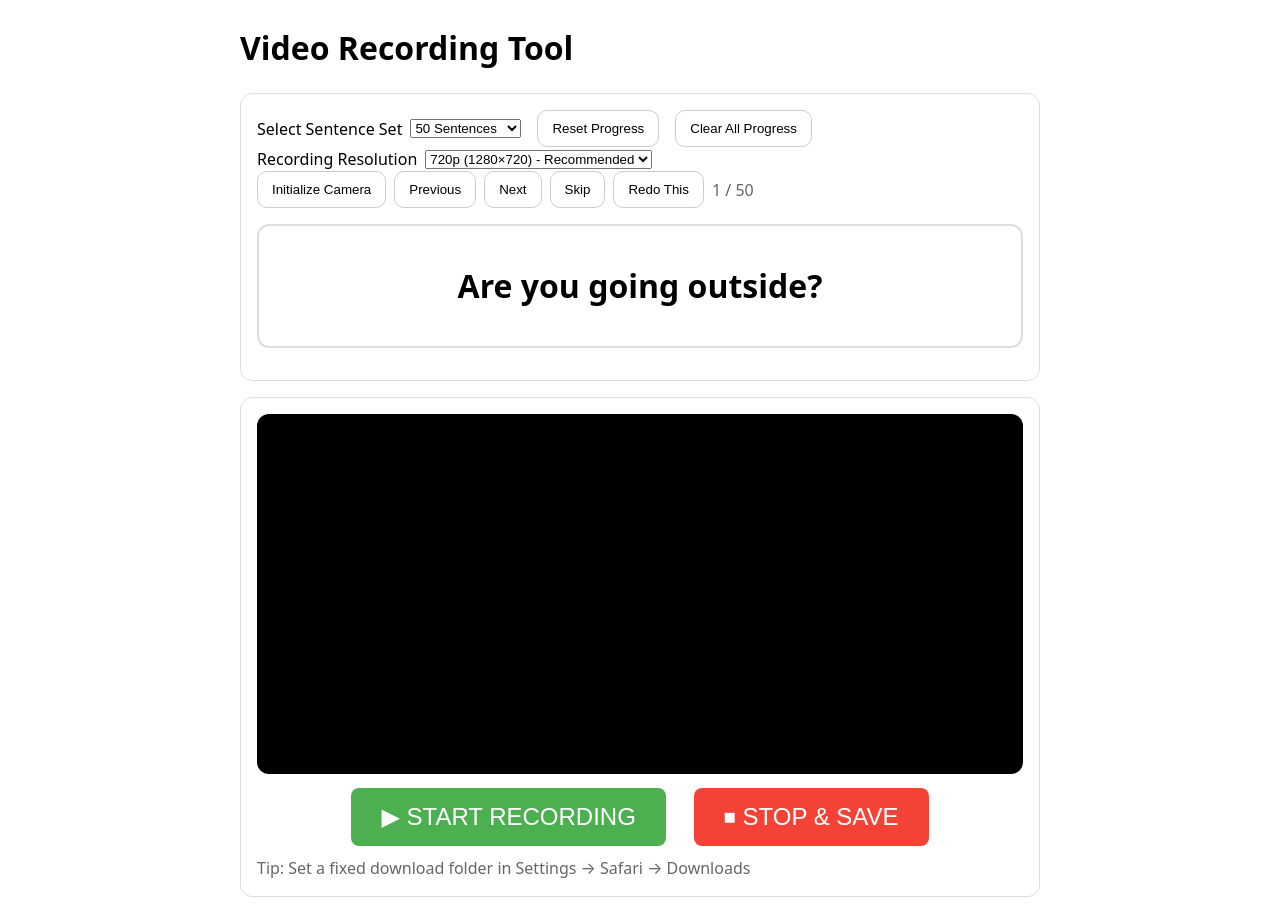
Repository: video2speech/video2speech.github.io
Page: index.html
The author's editor kept a copy of each file at every save. The page is drawn from the files as they stood at one save, then again after the next save.
The browser window is 1280 px wide. The pictures show the whole page.

Above is the page before, as saved 2025-09-04 06:41:37.

### index.html
<!doctype html>
<html>
<meta charset="utf-8" />
<title>Video Recording Tool</title>
<style>
  body{font-family:system-ui,-apple-system,Segoe UI,Roboto,Helvetica,Arial,sans-serif;max-width:800px;margin:24px auto;padding:0 16px;line-height:1.5}
  .card{border:1px solid #ddd;border-radius:12px;padding:16px;margin:16px 0}
  .row{display:flex;gap:8px;flex-wrap:wrap;align-items:center}
  video{width:100%;max-height:50vh;background:#000;border-radius:12px}
  button{padding:10px 14px;border-radius:10px;border:1px solid #ccc;background:#fff}
  button:active{opacity:.8}
  input,textarea{width:100%;padding:10px;border-radius:10px;border:1px solid #ccc}
  .big{font-size:1.4rem;font-weight:600;margin:8px 0}
  .muted{color:#666}
</style>
<body>
  <h1>Video Recording Tool</h1>

  <div class="card">
    <div class="row">
      <label>Select Sentence Set</label>
      <select id="sentenceSet" onchange="loadSentenceSet()">
        <option value="50_sentences">50 Sentences</option>
        <option value="150_sentences">150 Sentences</option>
      </select>
      <button id="resetProgress" onclick="resetProgress()" style="margin-left: 8px;">Reset Progress</button>
      <button id="clearProgress" onclick="clearAllProgress()" style="margin-left: 8px;">Clear All Progress</button>
    </div>
    <div class="row">
      <label>Recording Resolution</label>
      <select id="resolution">
        <option value="720p">720p (1280×720) - Recommended</option>
        <option value="1080p">1080p (1920×1080) - High Quality</option>
        <option value="480p">480p (854×480) - Standard</option>
        <option value="360p">360p (640×360) - Low Quality</option>
        <option value="auto">Auto - Camera Default</option>
      </select>
    </div>
    <div class="row">
      <button id="init">Initialize Camera</button>
      <button id="prev">Previous</button>
      <button id="next">Next</button>
      <button id="skip">Skip</button>
      <button id="redo">Redo This</button>
      <span class="muted" id="idxInfo"></span>
    </div>
    <div class="big" id="currentText" style="font-size: 2rem; font-weight: bold; text-align: center; padding: 20px; border: 2px solid #ddd; border-radius: 12px; margin: 16px 0; min-height: 80px; display: flex; align-items: center; justify-content: center;">Waiting for initialization...</div>
  </div>

  <div class="card">
    <video id="preview" playsinline autoplay muted></video>
    <div class="row" style="margin-top:8px; justify-content: center;">
      <button id="start" style="font-size: 1.5rem; padding: 15px 30px; background: #4CAF50; color: white; border: none; border-radius: 8px; cursor: pointer; margin: 0 10px;">▶ START RECORDING</button>
      <button id="stop" style="font-size: 1.5rem; padding: 15px 30px; background: #f44336; color: white; border: none; border-radius: 8px; cursor: pointer; margin: 0 10px;">⏹ STOP & SAVE</button>
    </div>
    <div class="row" style="justify-content: center; margin-top: 10px;">
      <div id="recordingStatus" style="font-size: 1.2rem; font-weight: bold; color: #f44336; display: none;">🔴 RECORDING IN PROGRESS</div>
    </div>
    <div class="row">
      <button id="viewStored" style="display:none">View Stored Videos (0)</button>
      <button id="downloadAll" style="display:none">Download All</button>
      <button id="clearAll" style="display:none">Clear Storage</button>
      <span class="muted" id="resolutionInfo"></span>
      <span class="muted" id="storageInfo"></span>
    </div>
    <div class="row">
      <span class="muted" id="downloadTip">Tip: Set a fixed download folder in Settings → Safari → Downloads</span>
    </div>
  </div>

<script>
const el = id => document.getElementById(id);
let stream, mediaRecorder, chunks = [];
let sentences = [];
let idx = 0;
let recording = false;
let storageMode = true; // Default to iPad mode (store locally)
let isRedo = false; // flag for redo mode
let db;

// Initialize IndexedDB
async function initDB() {
  return new Promise((resolve, reject) => {
    const request = indexedDB.open('VideoRecorderDB', 2);

    request.onerror = () => reject(request.error);
    request.onsuccess = () => {
      db = request.result;
      resolve(db);
    };

    request.onupgradeneeded = (event) => {
      const db = event.target.result;

      // Video storage table
      if (!db.objectStoreNames.contains('videos')) {
        const store = db.createObjectStore('videos', { keyPath: 'id', autoIncrement: true });
        store.createIndex('timestamp', 'timestamp', { unique: false });
        store.createIndex('sentence', 'sentence', { unique: false });
        store.createIndex('sentenceSet', 'sentenceSet', { unique: false });
        store.createIndex('sentenceIndex', 'sentenceIndex', { unique: false });
      }

      // Progress tracking table
      if (!db.objectStoreNames.contains('progress')) {
        const progressStore = db.createObjectStore('progress', { keyPath: 'sentenceSet' });
      }
    };
  });
}

// Store video to IndexedDB
async function storeVideo(blob, fileName, sentence, sentenceSet, sentenceIndex) {
  return new Promise((resolve, reject) => {
    const transaction = db.transaction(['videos'], 'readwrite');
    const store = transaction.objectStore('videos');

    const videoData = {
      fileName: fileName,
      blob: blob,
      sentence: sentence,
      sentenceSet: sentenceSet || 'custom',
      sentenceIndex: sentenceIndex || idx,
      timestamp: new Date().toISOString(),
      size: blob.size
    };

    const request = store.add(videoData);
    request.onsuccess = () => resolve(request.result);
    request.onerror = () => reject(request.error);
  });
}

// Save progress
async function saveProgress(sentenceSet, currentIndex) {
  return new Promise((resolve, reject) => {
    const transaction = db.transaction(['progress'], 'readwrite');
    const store = transaction.objectStore('progress');

    const progressData = {
      sentenceSet: sentenceSet,
      currentIndex: currentIndex,
      timestamp: new Date().toISOString()
    };

    const request = store.put(progressData);
    request.onsuccess = () => resolve();
    request.onerror = () => reject(request.error);
  });
}

// Get progress
async function getProgress(sentenceSet) {
  return new Promise((resolve, reject) => {
    const transaction = db.transaction(['progress'], 'readonly');
    const store = transaction.objectStore('progress');
    const request = store.get(sentenceSet);

    request.onsuccess = () => resolve(request.result);
    request.onerror = () => reject(request.error);
  });
}

// Delete progress
async function deleteProgress(sentenceSet) {
  return new Promise((resolve, reject) => {
    const transaction = db.transaction(['progress'], 'readwrite');
    const store = transaction.objectStore('progress');
    const request = store.delete(sentenceSet);

    request.onsuccess = () => resolve();
    request.onerror = () => reject(request.error);
  });
}

// Get all stored videos
async function getAllStoredVideos() {
  return new Promise((resolve, reject) => {
    const transaction = db.transaction(['videos'], 'readonly');
    const store = transaction.objectStore('videos');
    const request = store.getAll();

    request.onsuccess = () => resolve(request.result);
    request.onerror = () => reject(request.error);
  });
}

// Delete stored video
async function deleteStoredVideo(id) {
  return new Promise((resolve, reject) => {
    const transaction = db.transaction(['videos'], 'readwrite');
    const store = transaction.objectStore('videos');
    const request = store.delete(id);

    request.onsuccess = () => resolve();
    request.onerror = () => reject(request.error);
  });
}

// Clear all stored videos
async function clearAllStoredVideos() {
  return new Promise((resolve, reject) => {
    const transaction = db.transaction(['videos'], 'readwrite');
    const store = transaction.objectStore('videos');
    const request = store.clear();

    request.onsuccess = () => resolve();
    request.onerror = () => reject(request.error);
  });
}

// Sentence sets data
const sentenceSets = {
  '50_sentences': null,
  '150_sentences': null
};

let currentSentenceSet = '50_sentences';

// Load sentence set file
async function loadSentenceFile(filename) {
  try {
    const response = await fetch(`materials/${filename}`);
    if (!response.ok) throw new Error(`HTTP ${response.status}`);
    const text = await response.text();
    return text.split('\n').map(s => s.trim()).filter(Boolean);
  } catch (error) {
    console.error(`Failed to load sentence file (${filename}):`, error);
    return null;
  }
}

// Load sentence set
async function loadSentenceSet() {
  const selected = el('sentenceSet').value;
  currentSentenceSet = selected;

  let filename;
  if (selected === '50_sentences') {
    filename = '50_sentences_list.txt';
  } else if (selected === '150_sentences') {
    filename = '150_sentences_list.txt';
  }

  // Load sentences from cache or file
  if (!sentenceSets[selected]) {
    sentenceSets[selected] = await loadSentenceFile(filename);
  }

  if (sentenceSets[selected]) {
    sentences = sentenceSets[selected];

    // Restore progress
    try {
      const progress = await getProgress(selected);
      if (progress && progress.currentIndex < sentences.length) {
        idx = progress.currentIndex;
        console.log(`Progress restored: sentence ${idx + 1}`);
      } else {
        idx = 0;
      }
    } catch (error) {
      console.error('Failed to restore progress:', error);
      idx = 0;
    }

    updateSentenceView();
  } else {
    sentences = [];
    idx = 0;
    updateSentenceView();
  }
}

// Reset progress
async function resetProgress() {
  if (!confirm('Are you sure you want to reset the recording progress for the current sentence set?')) return;

  try {
    await deleteProgress(currentSentenceSet);
    idx = 0;
    updateSentenceView();
    alert('Progress has been reset');
  } catch (error) {
    console.error('Failed to reset progress:', error);
    alert('Failed to reset progress: ' + error.message);
  }
}

// Clear all progress
async function clearAllProgress() {
  if (!confirm('Are you sure you want to clear all recording progress? This action cannot be undone!')) return;

  try {
    const transaction = db.transaction(['progress'], 'readwrite');
    const store = transaction.objectStore('progress');
    await new Promise((resolve, reject) => {
      const request = store.clear();
      request.onsuccess = () => resolve();
      request.onerror = () => reject(request.error);
    });

    // Reset current progress
    idx = 0;
    updateSentenceView();
    alert('All progress has been cleared');
  } catch (error) {
    console.error('Failed to clear progress:', error);
    alert('Failed to clear progress: ' + error.message);
  }
}

// Initialize database
initDB().then(() => {
  console.log('IndexedDB initialized successfully');
  updateStorageInfo();
  // Try to restore sentence set selection on page load
  loadSentenceSet();
}).catch(err => {
  console.error('IndexedDB initialization failed:', err);
});

function updateSentenceView(){
  const total = sentences.length;
  const text = total ? sentences[idx] : '';
  el('currentText').textContent = text || 'No sentences available';
  el('idxInfo').textContent = total ? `${idx+1} / ${total}` : '';
}

el('init').onclick = async () => {
  try {
    // Get user selected resolution
    const resolution = el('resolution').value;
    let videoConstraints = { facingMode: 'user' };

    // Set resolution based on selection
    if (resolution !== 'auto') {
      const resolutions = {
        '360p': { width: 640, height: 360 },
        '480p': { width: 854, height: 480 },
        '720p': { width: 1280, height: 720 },
        '1080p': { width: 1920, height: 1080 }
      };

      if (resolutions[resolution]) {
        videoConstraints = {
          ...videoConstraints,
          width: { ideal: resolutions[resolution].width },
          height: { ideal: resolutions[resolution].height }
        };
      }
    }

    // Front camera; change 'user' to 'environment' for rear camera
    stream = await navigator.mediaDevices.getUserMedia({
      video: videoConstraints,
      audio: true
    });

    el('preview').srcObject = stream;
    // Sentences already loaded through loadSentenceSet(), no need to read from textbox
    updateSentenceView();

    // Display actual resolution obtained
    const videoTrack = stream.getVideoTracks()[0];
    const settings = videoTrack.getSettings();
    const actualRes = `${settings.width}×${settings.height}`;
    el('resolutionInfo').textContent = `Actual Resolution: ${actualRes}`;

    // Show storage buttons since we're in iPad mode by default
    el('viewStored').style.display = 'inline-block';
    el('downloadAll').style.display = 'inline-block';
    el('clearAll').style.display = 'inline-block';

    alert('Camera ready! iPad mode enabled - videos will be stored locally.');
  } catch (e) {
    alert('Unable to access camera/microphone: ' + e);
  }
};

el('next').onclick = async () => {
  if (sentences.length){
    idx = Math.min(idx+1, sentences.length-1);
    isRedo = false; // Reset redo flag
    updateSentenceView();
    // Save progress
    try {
      await saveProgress(currentSentenceSet, idx);
    } catch (error) {
      console.error('Failed to save progress:', error);
    }
  }
};

el('prev').onclick = async () => {
  if (sentences.length){
    idx = Math.max(idx-1, 0);
    isRedo = false; // Reset redo flag
    updateSentenceView();
    // Save progress
    try {
      await saveProgress(currentSentenceSet, idx);
    } catch (error) {
      console.error('Failed to save progress:', error);
    }
  }
};

// Skip current sentence
el('skip').onclick = async () => {
  if (sentences.length && idx < sentences.length - 1) {
    idx++;
    isRedo = false; // Reset redo flag
    updateSentenceView();
    // Save progress
    try {
      await saveProgress(currentSentenceSet, idx);
      console.log(`Skipped to sentence ${idx + 1}`);
    } catch (error) {
      console.error('Failed to save progress:', error);
    }
  } else if (idx >= sentences.length - 1) {
    alert('This is the last sentence!');
  }
};

// Redo current sentence (just stay on current sentence)
el('redo').onclick = () => {
  console.log(`Redo sentence ${idx + 1}: ${sentences[idx]}`);
  isRedo = true; // Set redo flag
  // Just refresh the current sentence display
  updateSentenceView();
};

// Listen for resolution changes
el('resolution').onchange = () => {
  if (stream) {
    el('resolutionInfo').textContent = 'Resolution changed, please reinitialize camera';
  }
};

// Toggle download mode
function toggleDownloadMode() {
  storageMode = !storageMode;
  const button = el('downloadMode');
  if (storageMode) {
    button.textContent = 'iPad Mode: Store Locally ✓';
    button.style.backgroundColor = '#4CAF50';
    button.style.color = 'white';
    el('viewStored').style.display = 'inline-block';
    el('downloadAll').style.display = 'inline-block';
    el('clearAll').style.display = 'inline-block';
    el('downloadTip').textContent = 'iPad Mode: Videos will be stored locally, download later in batch';
  } else {
    button.textContent = 'iPad Mode: Store Locally';
    button.style.backgroundColor = '';
    button.style.color = '';
    el('viewStored').style.display = 'none';
    el('downloadAll').style.display = 'none';
    el('clearAll').style.display = 'none';
    el('downloadTip').textContent = 'Tip: Set a fixed download folder in Settings → Safari → Downloads';
  }
  updateStorageInfo();
}

// Update storage info
async function updateStorageInfo() {
  if (!db) {
    console.log('Database not initialized yet');
    return;
  }

  try {
    const videos = await getAllStoredVideos();
    const count = videos.length;
    const totalSize = videos.reduce((sum, video) => sum + video.size, 0);
    const sizeInMB = (totalSize / (1024 * 1024)).toFixed(1);

    el('viewStored').textContent = `View Stored Videos (${count})`;
    el('storageInfo').textContent = count > 0 ? `Stored ${count} videos, ~${sizeInMB} MB` : '';

    console.log(`Storage info updated: ${count} videos, ${sizeInMB} MB`);
  } catch (error) {
    console.error('Failed to update storage info:', error);
    // Update UI even if error occurs to avoid freezing
    el('viewStored').textContent = `View Stored Videos (0)`;
    el('storageInfo').textContent = '';
  }
}

// View stored videos
el('viewStored').onclick = async () => {
  try {
    const videos = await getAllStoredVideos();
    if (videos.length === 0) {
      alert('No stored videos found');
      return;
    }

    let list = 'Stored Videos List:\n\n';
    videos.forEach((video, index) => {
      const date = new Date(video.timestamp).toLocaleString();
      const sizeMB = (video.size / (1024 * 1024)).toFixed(1);
      list += `${index + 1}. ${video.fileName}\n   Sentence: ${video.sentence}\n   Time: ${date}\n   Size: ${sizeMB} MB\n\n`;
    });

    alert(list);
  } catch (error) {
    alert('Failed to get stored videos: ' + error.message);
  }
};

// Download all stored videos
el('downloadAll').onclick = async () => {
  try {
    const videos = await getAllStoredVideos();
    if (videos.length === 0) {
      alert('No stored videos found');
      return;
    }

    if (!confirm(`Are you sure you want to download all ${videos.length} videos? Videos will be automatically cleared from storage after download.`)) return;

    // Download one by one, 300ms interval
    for (let i = 0; i < videos.length; i++) {
      setTimeout(async () => {
        const video = videos[i];
        const a = document.createElement('a');
        a.download = video.fileName;
        a.href = URL.createObjectURL(video.blob);
        a.click();
        URL.revokeObjectURL(a.href);

        // Delete video after download
        try {
          await deleteStoredVideo(video.id);
          console.log(`Deleted stored video: ${video.fileName}`);
        } catch (error) {
          console.error(`Failed to delete video: ${video.fileName}`, error);
        }

        // Update storage info after last video download
        if (i === videos.length - 1) {
          setTimeout(() => {
            updateStorageInfo();
            el('storageInfo').textContent = `Downloaded ${videos.length} videos and cleared storage`;
          }, 500);
        }
      }, i * 300);
    }

    el('storageInfo').textContent = `Downloading ${videos.length} videos...`;
  } catch (error) {
    alert('Download failed: ' + error.message);
  }
};

// Clear all stored videos
el('clearAll').onclick = async () => {
  try {
    const videos = await getAllStoredVideos();
    if (videos.length === 0) {
      alert('No stored videos found');
      return;
    }

    if (!confirm(`Are you sure you want to clear all ${videos.length} stored videos? This action cannot be undone!`)) return;

    await clearAllStoredVideos();

    // Force reset UI state
    el('viewStored').textContent = `View Stored Videos (0)`;
    el('storageInfo').textContent = '';

    // Call updateStorageInfo again to ensure correct state
    setTimeout(() => {
      updateStorageInfo();
    }, 100);

    alert('All stored videos have been cleared');
  } catch (error) {
    console.error('Clear storage error:', error);
    alert('Failed to clear storage: ' + error.message);
  }
};

el('start').onclick = () => {
  if (!stream) return alert('Please initialize camera first!');
  if (recording) return;
  chunks = [];

  // Use MP4 format by default
  const mp4Options = [
    'video/mp4;codecs=h264,aac',
    'video/mp4;codecs=avc1.42E01E,mp4a.40.2',
    'video/mp4'
  ];
  const mimeType = mp4Options.find(type => MediaRecorder.isTypeSupported(type)) || 'video/webm;codecs=vp9,opus';

  mediaRecorder = new MediaRecorder(stream, { mimeType });
  mediaRecorder.ondataavailable = e => { if (e.data.size > 0) chunks.push(e.data); };
  mediaRecorder.onstop = saveBlob;
  mediaRecorder.start();
  recording = true;

  // Show recording status
  el('recordingStatus').style.display = 'block';
  el('start').style.opacity = '0.5';
  el('stop').style.opacity = '1';
};

el('stop').onclick = () => {
  if (mediaRecorder && recording) {
    mediaRecorder.stop();
    recording = false;

    // Hide recording status
    el('recordingStatus').style.display = 'none';
    el('start').style.opacity = '1';
    el('stop').style.opacity = '0.5';
  }
};

// Add spacebar shortcut support
document.addEventListener('keydown', (event) => {
  // Only trigger when spacebar is pressed and not focused on input elements
  if (event.code === 'Space' && !['INPUT', 'TEXTAREA', 'SELECT'].includes(event.target.tagName)) {
    event.preventDefault(); // Prevent page scrolling

    if (!recording) {
      // Start recording
      el('start').click();
    } else {
      // Stop recording
      el('stop').click();
    }
  }
});

function sanitize(s){
  return s.replace(/[\\/:*?"<>|]/g,'').replace(/\s+/g,' ').trim();
}
function ts(){
  const d = new Date();
  const pad = n => String(n).padStart(2,'0');
  return `${d.getFullYear()}${pad(d.getMonth()+1)}${pad(d.getDate())}_${pad(d.getHours())}${pad(d.getMinutes())}${pad(d.getSeconds())}`;
}
async function saveBlob(){
  // Determine file extension based on actual mimeType used
  const isMP4 = mediaRecorder.mimeType.includes('mp4');
  const fileExt = isMP4 ? 'mp4' : 'webm';
  const blobType = isMP4 ? 'video/mp4' : 'video/webm';

  const blob = new Blob(chunks, { type: blobType });
  const sentence = sentences[idx] ? sanitize(sentences[idx]) : 'unknown_sentence';
  const timestamp = ts();
  const redoSuffix = isRedo ? '_redo' : '';
  const fileName = `${sentence}_${timestamp}${redoSuffix}.mp4`; // Always use mp4 extension

  if (storageMode) {
    // iPad mode: Store to IndexedDB
    try {
      await storeVideo(blob, fileName, sentences[idx] || 'unknown sentence', currentSentenceSet, idx);
      updateStorageInfo();
      el('storageInfo').textContent = `Video stored: ${fileName}`;
      console.log(`Video stored locally: ${fileName}`);
    } catch (error) {
      console.error('Failed to store video:', error);
      alert('Failed to store video: ' + error.message);
      // Fallback to direct download on failure
      directDownload(blob, fileName);
    }
  } else {
    // Normal mode: Direct download
    directDownload(blob, fileName);
  }

  // Reset redo flag after recording completion
  isRedo = false;

  // Auto jump to next sentence after recording completion (if not the last sentence)
  if (idx < sentences.length - 1) {
    idx++;
    updateSentenceView();

    // Save progress
    try {
      await saveProgress(currentSentenceSet, idx);
      console.log(`Auto moved to next sentence: sentence ${idx + 1}`);
    } catch (error) {
      console.error('Failed to save progress:', error);
    }
  } else {
    // All sentences completed
    alert(`Congratulations! You have completed recording all ${sentences.length} sentences!`);
  }

  // Display format information
  console.log(`Recording completed, format: ${fileExt.toUpperCase()}, MIME type: ${mediaRecorder.mimeType}`);
}

function directDownload(blob, fileName) {
  const a = document.createElement('a');
  a.download = fileName;
  a.href = URL.createObjectURL(blob);
  a.click();
  URL.revokeObjectURL(a.href);
}
</script>
</body>
</html>

After the next save:
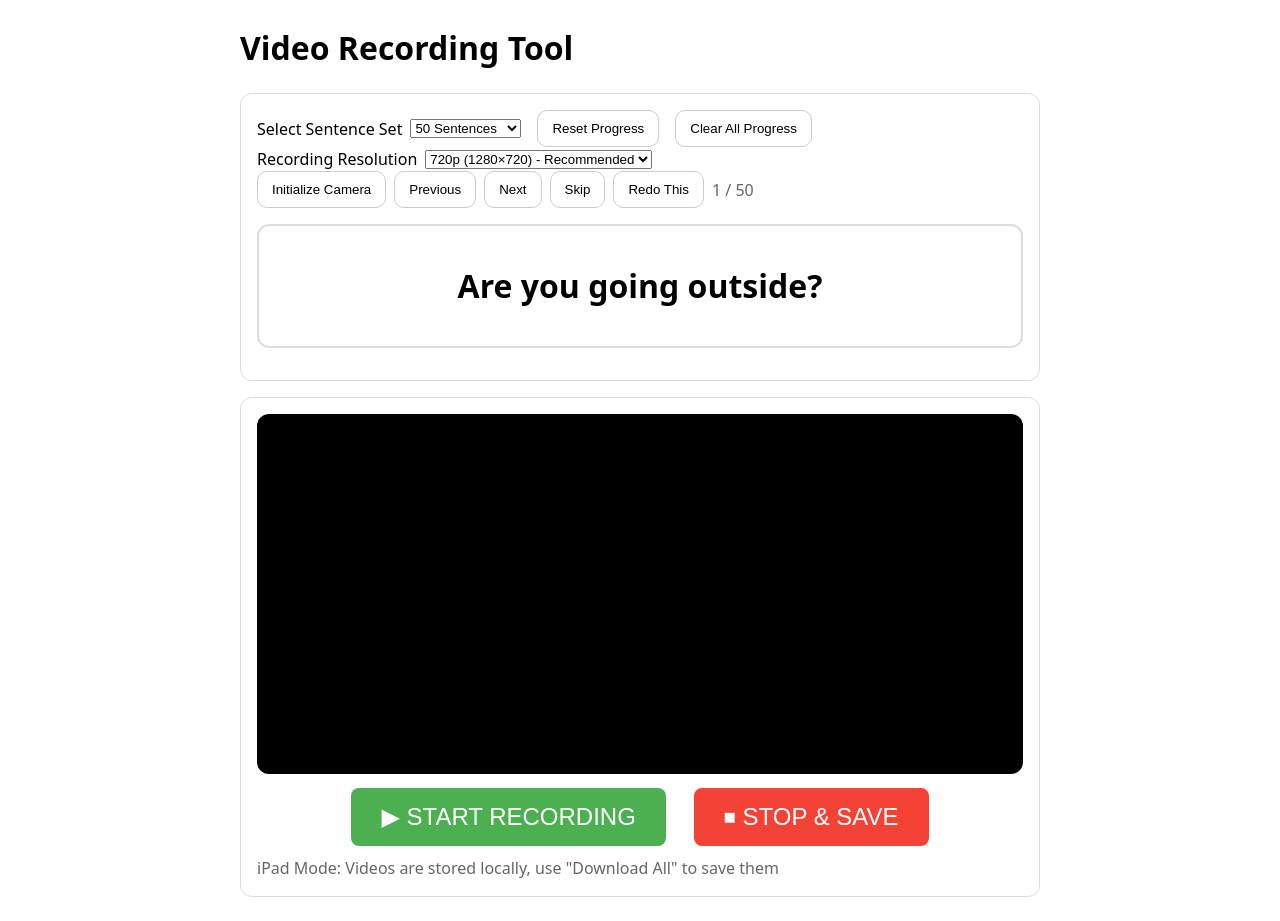
Saved 8 s later.
--- a/index.html
+++ b/index.html
@@ -64,7 +64,7 @@
       <span class="muted" id="storageInfo"></span>
     </div>
     <div class="row">
-      <span class="muted" id="downloadTip">Tip: Set a fixed download folder in Settings → Safari → Downloads</span>
+      <span class="muted" id="downloadTip">iPad Mode: Videos are stored locally, use "Download All" to save them</span>
     </div>
   </div>
 
